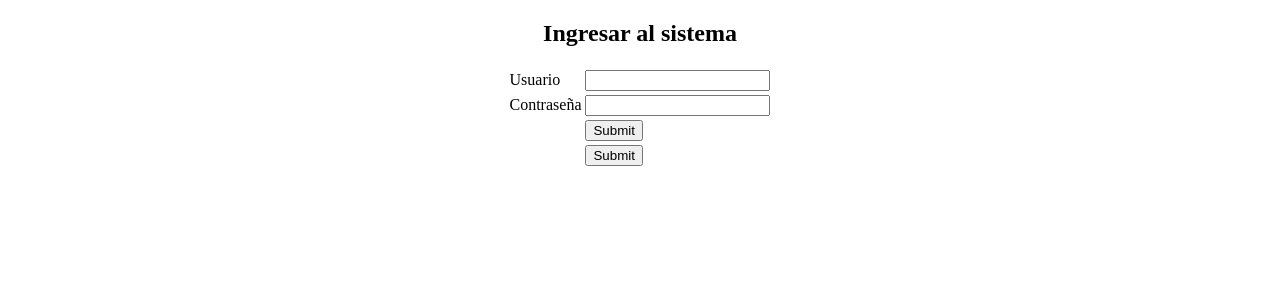
Repository: NayshaOCruz98/CL2ORTIZ
Page: http://localhost/LPII_CL2_ORTIZCRUZNAYSHA/
An editor plug-in stored every save of this project. The page is shown before and after the next save, followed by the edit.
The browser window is 1280 px wide. The pictures show the whole page.
The page is served by Tomcat 9. Other server files are loaded and not shown.

Above is the page before, as saved 2023-10-24 19:06:50.

### LPII_CL2_ORTIZCRUZNAYSHA/src/main/webapp/index.jsp
<%@ page language="java" contentType="text/html; charset=ISO-8859-1"
    pageEncoding="ISO-8859-1"%>

<!DOCTYPE html>
<html>
<head>
<meta http-equiv="Content-Type" content="text/html; charset=ISO-8859-1">
<title>Ventana Usuario</title>
</head>
<body>
<h2 align="center">Ingresar al sistema</h2>

<form action="ControladorServlet" method="post">

<table align="center">
<tr>
<td>Usuario</td>
<td><input type="text" name="usuario"></td>
</tr>
<tr>
<td>Contraseña</td>
<td><input type="text" name="usuario"></td>
</tr>
<tr>
<td colspan="1"></td>
<td><input type="submit" name="Registra usuario"></td>
</tr>
<tr>
<td colspan="1"></td>
<td><a href="ControladorServletprod"> <input type="submit" name="Ingresar"></td>
</tr>

</table>
</form>



</form>
</body>
</html>

After the next save:
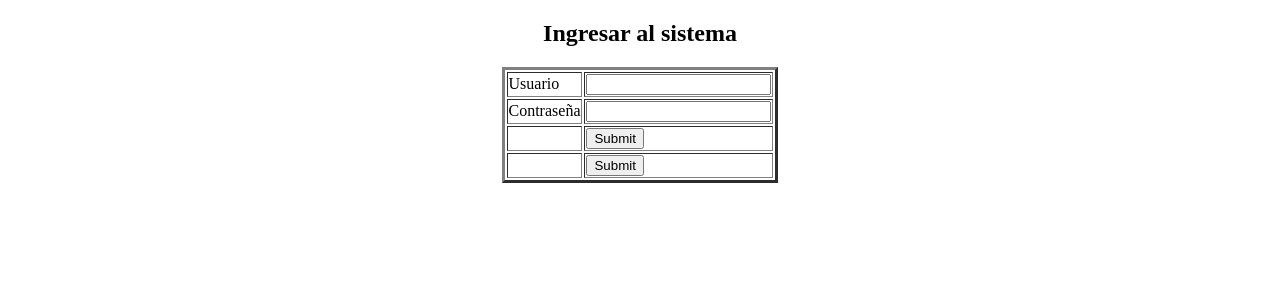
Saved 21 s later.
--- a/LPII_CL2_ORTIZCRUZNAYSHA/src/main/webapp/index.jsp
+++ b/LPII_CL2_ORTIZCRUZNAYSHA/src/main/webapp/index.jsp
@@ -12,7 +12,7 @@
 
 <form action="ControladorServlet" method="post">
 
-<table align="center">
+<table align="center" border="3">
 <tr>
 <td>Usuario</td>
 <td><input type="text" name="usuario"></td>
